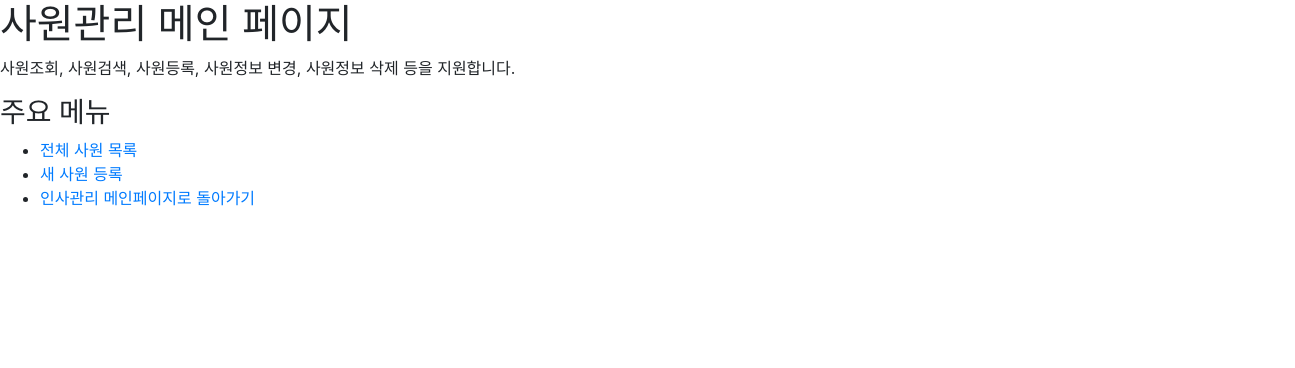
Repository: onuo77/ja_HTA
Page: http://localhost/sample/hr/emp/main.jsp
An editor plug-in stored every save of this project. The page is shown before and after the next save, followed by the edit.
The browser window is 1280 px wide. The page is 1280 px wide, then 1295 px, so the pictures cover 1295 px, including what lies to the right of the window. The pictures show the whole page.
The page is served by Tomcat 9. Other server files are loaded and not shown.

Above is the page before, as saved 2021-05-24 06:09:44.

### java-web/sample/src/main/webapp/hr/emp/main.jsp
<%@ page language="java" contentType="text/html; charset=UTF-8"
    pageEncoding="UTF-8"%>
<!DOCTYPE html>
<html>
<head>
<meta charset="UTF-8">
<meta name="viewport" content="width=device-width, initial-scale=1">
<link rel="stylesheet" href="https://maxcdn.bootstrapcdn.com/bootstrap/4.5.2/css/bootstrap.min.css">
<title>인사관리 :: 사원관리</title>
</head>
<body>
	<div class="container">
		<div class="row">
			<div class="col-12"></div>
		</div>
	</div>
	<h1>사원관리 메인 페이지</h1>
	<p>사원조회, 사원검색, 사원등록, 사원정보 변경, 사원정보 삭제 등을 지원합니다.</p>

	<h3>주요 메뉴</h3>
	<ul>
		<li><a href="list.jsp">전체 사원 목록</a></li>
		<li><a href="form.jsp">새 사원 등록</a></li>
		<li><a href="../main.jsp">인사관리 메인페이지로 돌아가기</a></li>
	</ul>
</body>
</html>

After the next save:
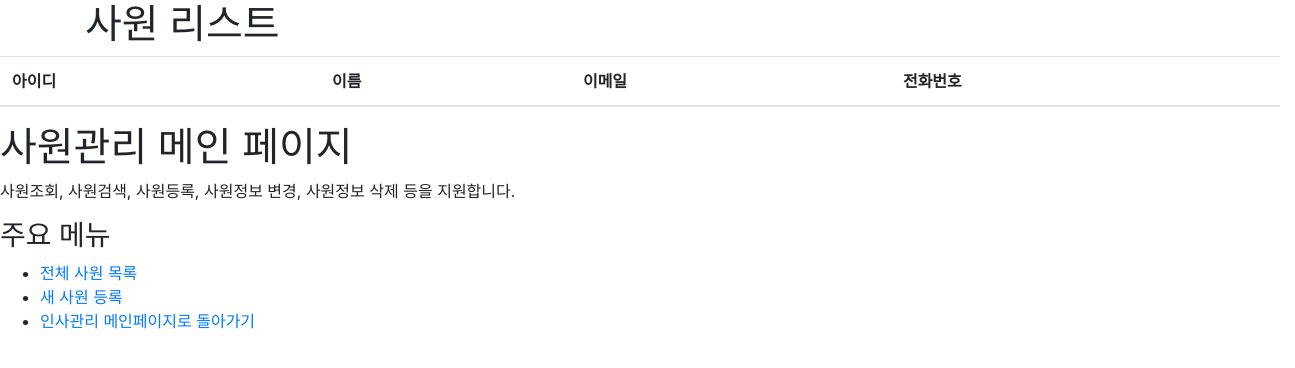
Saved 2 min 8 s later.
--- a/java-web/sample/src/main/webapp/hr/emp/main.jsp
+++ b/java-web/sample/src/main/webapp/hr/emp/main.jsp
@@ -11,9 +11,26 @@
 <body>
 	<div class="container">
 		<div class="row">
-			<div class="col-12"></div>
+			<div class="col-12">
+				<h1>사원 리스트</h1>
+			</div>
 		</div>
 	</div>
+	<div class="row">
+		<div class="col-12">
+			<table class="table table-striped">
+				<thead>
+					<tr>
+						<th>아이디</th>
+						<th>이름</th>
+						<th>이메일</th>
+						<th>전화번호</th>
+					</tr>
+				</thead>
+			</table>
+		</div>
+	</div>
+
 	<h1>사원관리 메인 페이지</h1>
 	<p>사원조회, 사원검색, 사원등록, 사원정보 변경, 사원정보 삭제 등을 지원합니다.</p>
 
